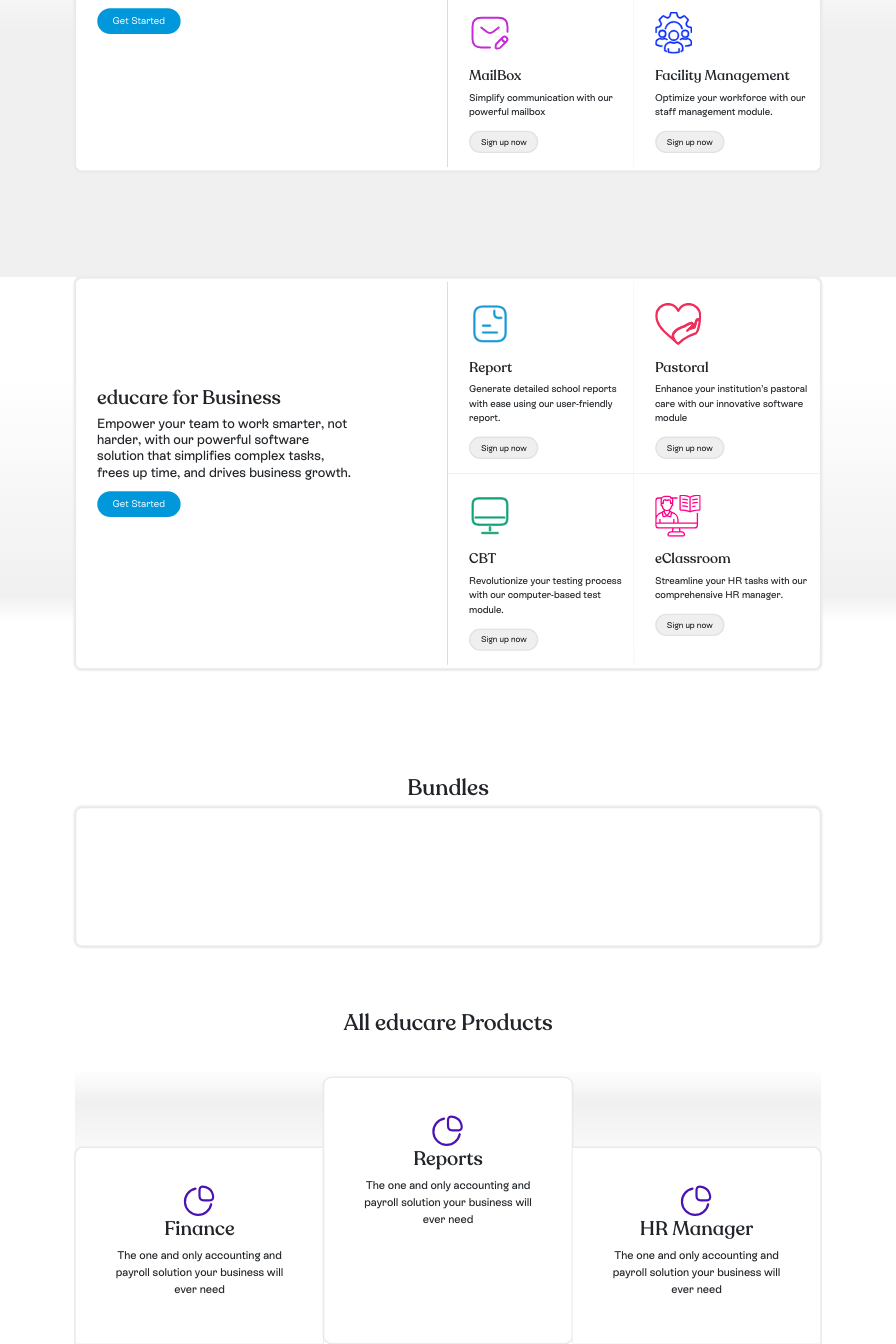
Repository: sarahnnanyelugo/educare-web
Page: /
An editor plug-in stored every save of this project. The page is shown before and after the next save, followed by the edit.
The browser window is 1280 px wide. The pictures show the part of the page from y = 1494 to 3414 px (the page is 3414 px tall), at 70% of full size.
The project was rebuilt for these pictures with package versions that can differ from the ones it lists, and the page was loaded fresh each time.

Above is the page before, as saved 2023-04-05 10:44:41.

After the next save:
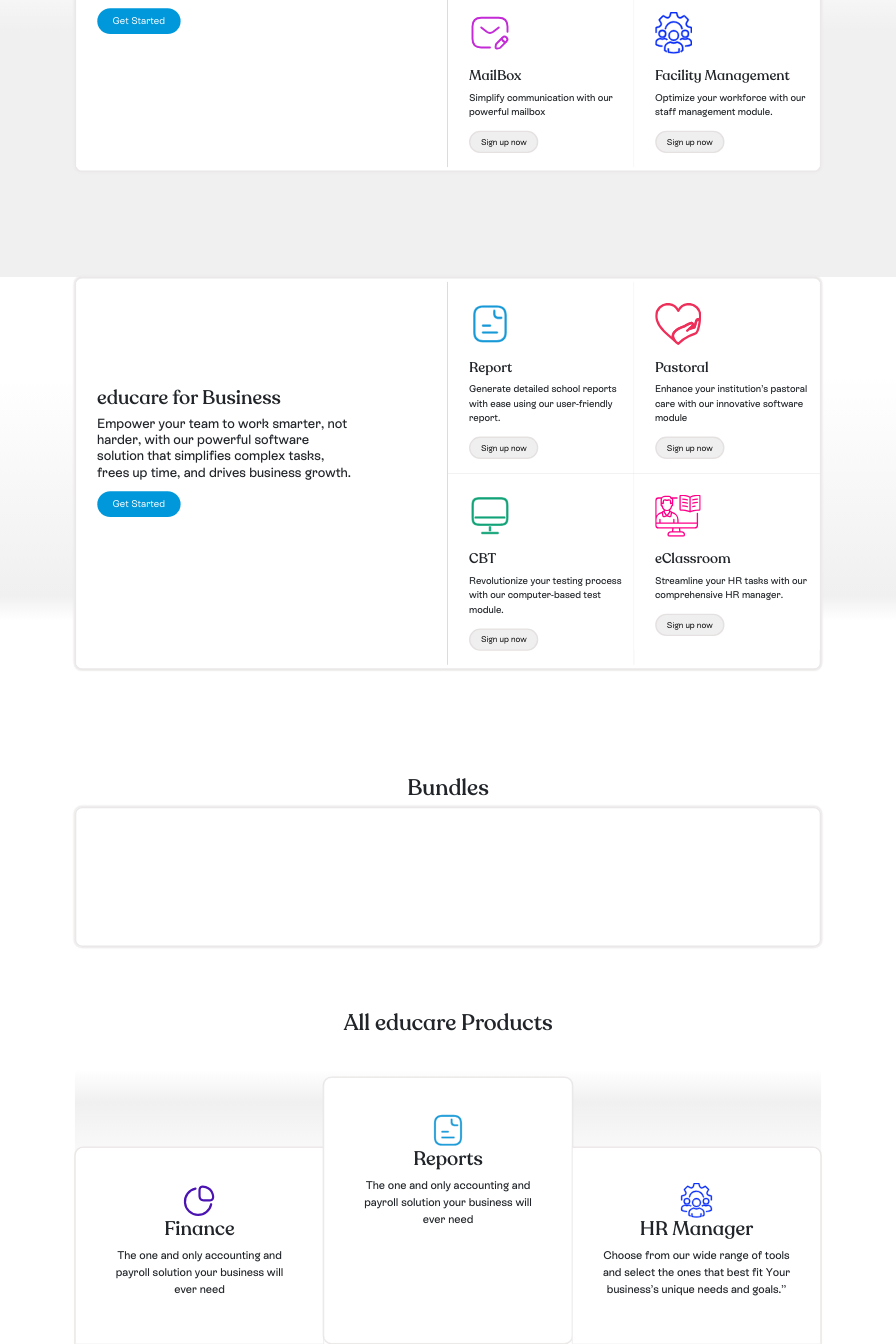
Saved 31 s later.
--- a/src/pages/Home/Home.tsx
+++ b/src/pages/Home/Home.tsx
@@ -196,14 +196,14 @@ export const Home = () => {
             <EducareProducts
               productName="Reports"
               productDetail="The one and only accounting and payroll solution your business will ever need"
-              productIcon={HalfCircle}
+              productIcon={Chart}
             />
           </div>
           <div className="col-md-4 third-product-column">
             <EducareProducts
               productName="HR Manager"
-              productDetail="The one and only accounting and payroll solution your business will ever need"
-              productIcon={HalfCircle}
+              productDetail="Choose from our wide range of tools and select the ones that best fit Your business’s unique needs and goals.”"
+              productIcon={People}
             />
           </div>
         </div>
